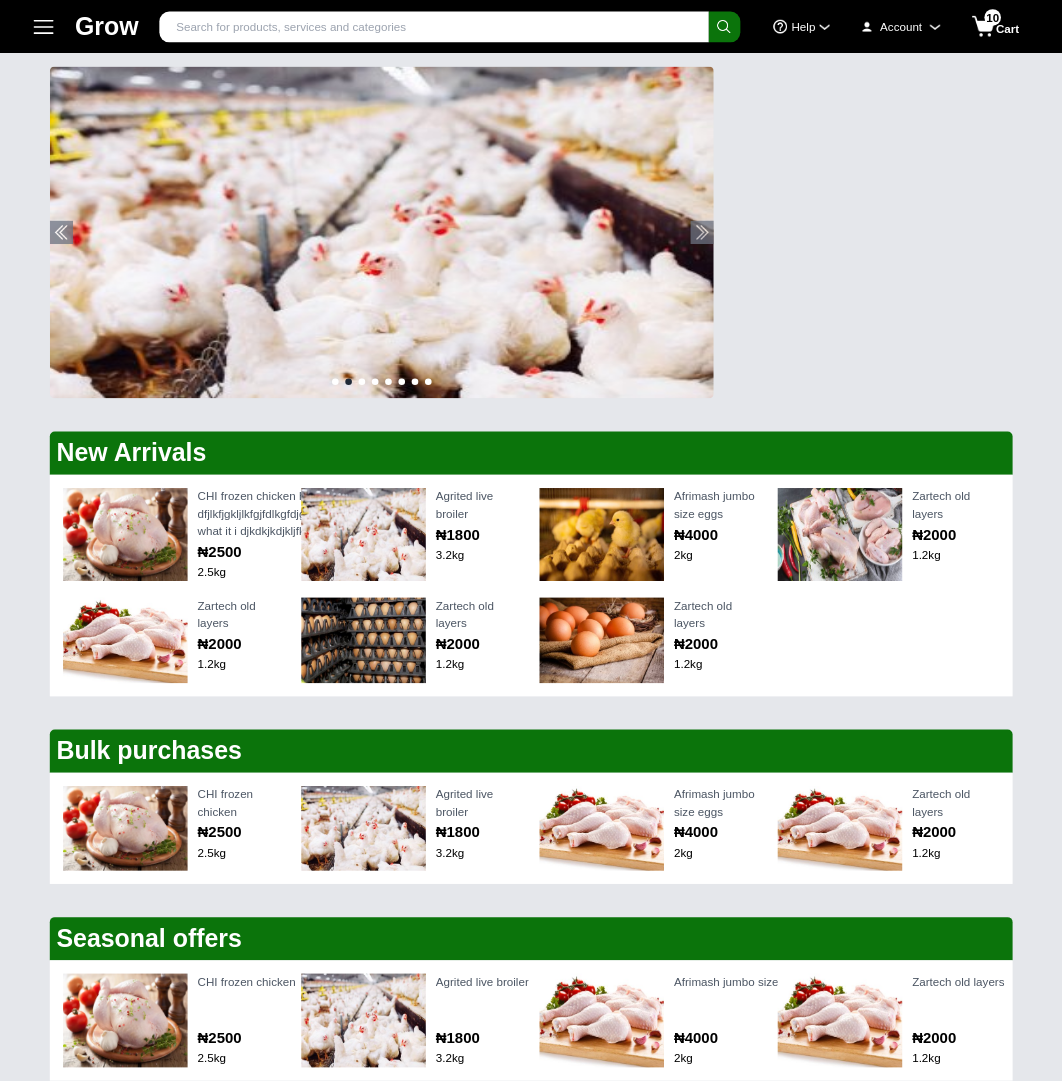
Repository: IssaMuiz/ifarmstock
Page: /
The author's editor kept a copy of each file at every save. The page is drawn from the files as they stood at one save, then again after the next save.
The browser window is 1280 px wide. The pictures show the whole page, at 83% of full size.
The project was rebuilt for these pictures with package versions that can differ from the ones it lists, and the page was loaded fresh each time. The framework's server and built-in components were replaced by stand-ins that run in the browser. Also part of the build but not shown: next.config.mjs.

Above is the page before, as saved 2024-08-31 06:05:19.

After the next save:
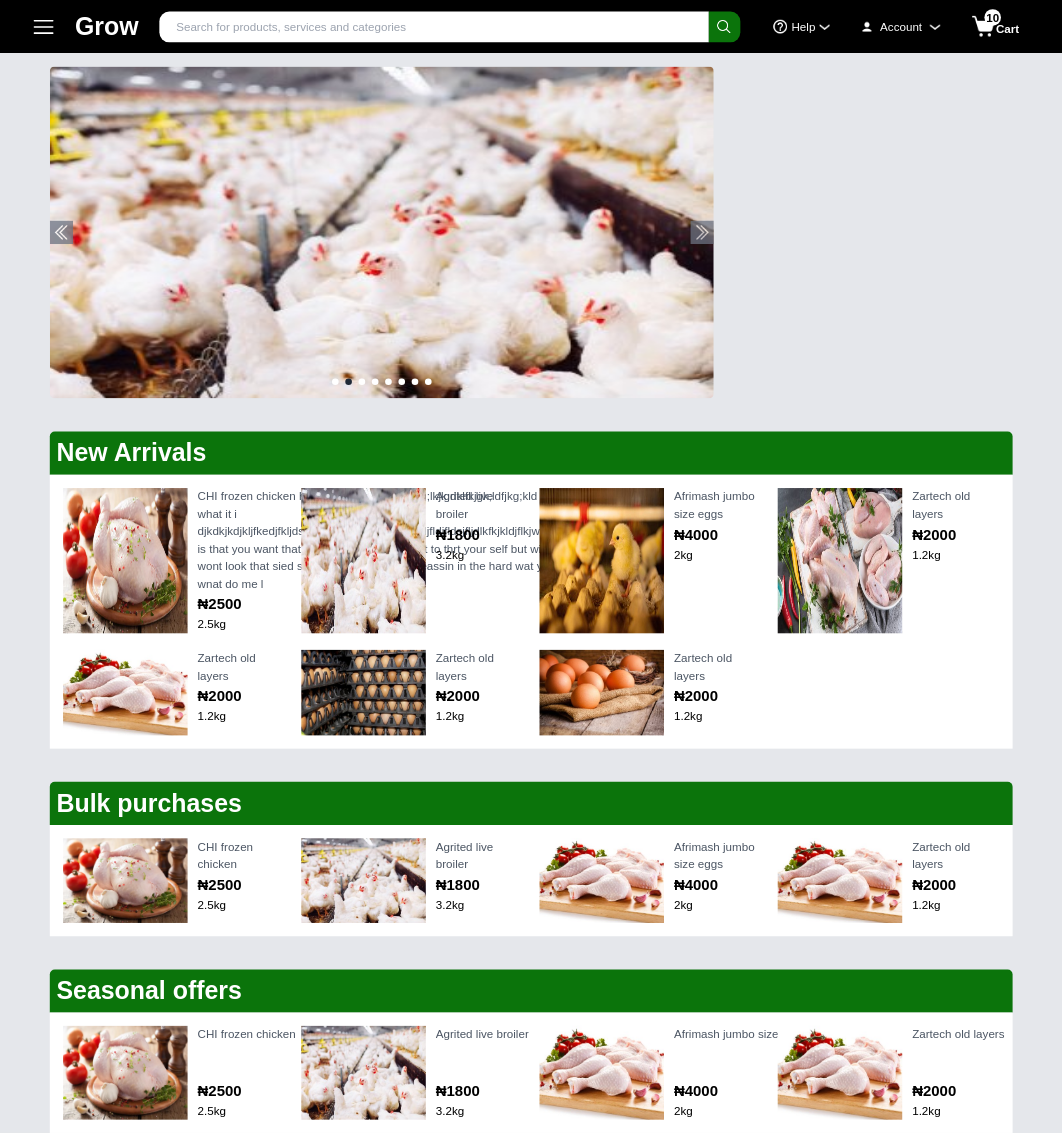
Saved 2 min 52 s later.
--- a/models/newArrivalsCards.json
+++ b/models/newArrivalsCards.json
@@ -1,7 +1,7 @@
 [
   {
     "image": "/assets/images/poultry-image1-slider.jpg",
-    "name": "CHI frozen chicken hor dfjlkfjgkljlkfgjfdlkgfdjg;lkjk;dklfkjgk;ldfjkg;kld what it i djkdkjkdjkljfkedjfkljdsklfjkldsjflkj",
+    "name": "CHI frozen chicken hor dfjlkfjgkljlkfgjfdlkgfdjg;lkjk;dklfkjgk;ldfjkg;kld what it i djkdkjkdjkljfkedjfkljdsklfjkldsjflkjdjfldjlfjldjfldjfldjfldjfldsjfljdlkfkjkldjflkjwhaht is that you want that i cnat give you just wnat to thrt your self but wi wont look that sied so you can lenarn your leassin in the hard wat you wnat do me l",
     "Price": "2500",
     "weight": "2.5kg"
   },
